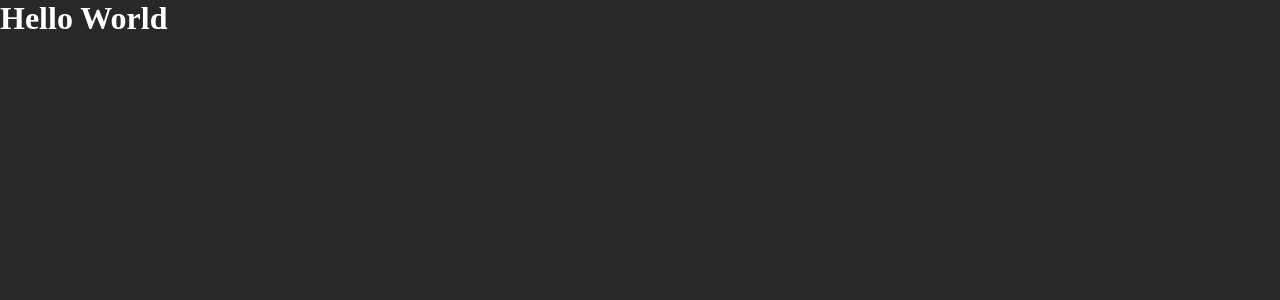
Repository: luiswh1/Portfolio
Page: /
These files come from the project's save history. The page is drawn as it stood at one moment and after the next save; the edit follows.
The browser window is 1280 px wide. The pictures show the whole page.
The project was rebuilt for these pictures with package versions that can differ from the ones it lists, and the page was loaded fresh each time.

Above is the page before, as saved 2023-05-23 21:32:35.

### src/index.tsx
import React from 'react';
import ReactDOM from 'react-dom/client';
import App from './App';
import GlobalStyle from './styles/globalStyles';

const root = ReactDOM.createRoot(
  document.getElementById('root') as HTMLElement
);
root.render(
  <React.StrictMode>
    <GlobalStyle />
    <App />
  </React.StrictMode>
);

### src/App.tsx
import React from 'react';
import Home from './Pages/Home';

function App() {
  return (
   <Home />
  );
}

export default App;

### src/styles/globalStyles.tsx
import { createGlobalStyle } from 'styled-components'


const GlobalStyle = createGlobalStyle`
* {
    margin: 0;
  }

  html, body {
    height: 100%;
    background-color: #28282B;
    color: white;
  }

`

export default GlobalStyle

### src/Pages/Home.tsx
import React from "react";

const Home = () => {
    return (
        <h1>Hello World</h1>
    )
}

export default Home

### src/Pages/homeStyles.tsx
import { styled } from "styled-components";

export const Container = styled.div`
width: 100%;
height: 100%;
background-color: red;
`

Loaded but not shown: public/index.html (common file)

After the next save:
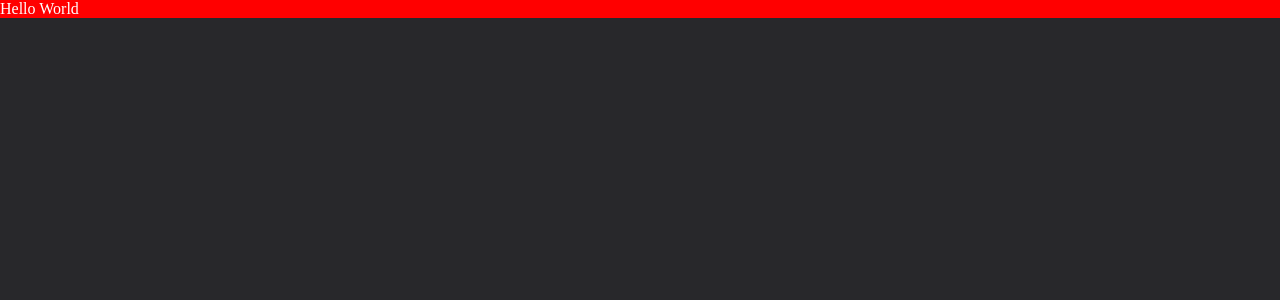
Saved 25 s later.
--- a/src/Pages/Home.tsx
+++ b/src/Pages/Home.tsx
@@ -1,8 +1,9 @@
 import React from "react";
+import { Container } from "./homeStyles";
 
 const Home = () => {
     return (
-        <h1>Hello World</h1>
+        <Container>Hello World</Container>
     )
 }
 
